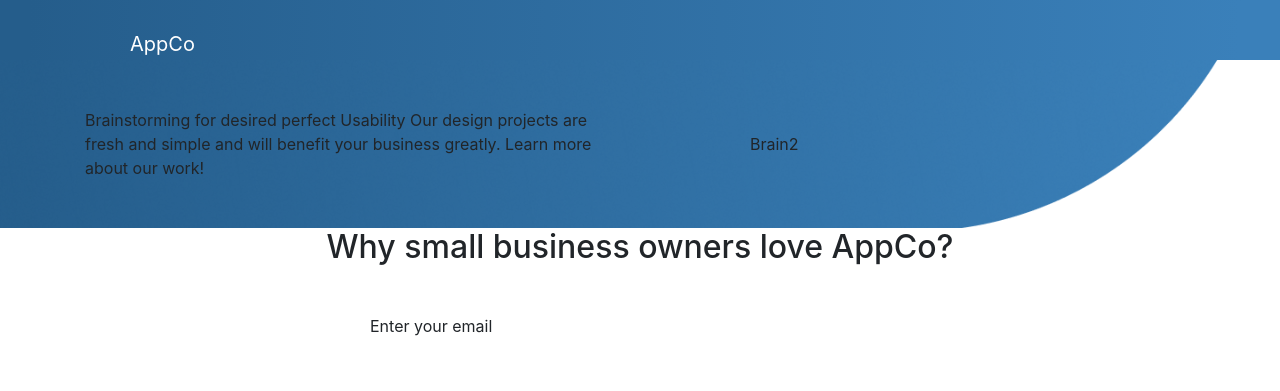
Repository: andbilous/user-statistics-app
Page: /
These files come from the project's save history. The page is drawn as it stood at one moment and after a run of saves; the edit follows.
The browser window is 1280 px wide. The pictures show the whole page.
The project was rebuilt for these pictures with package versions that can differ from the ones it lists, and the page was loaded fresh each time. Also part of the build but not shown: src/components/reasons/reasons.scss, src/components/footer/footer.scss.

Above is the page before, as saved 2020-06-19 14:47:22.

After the next 6 saves:
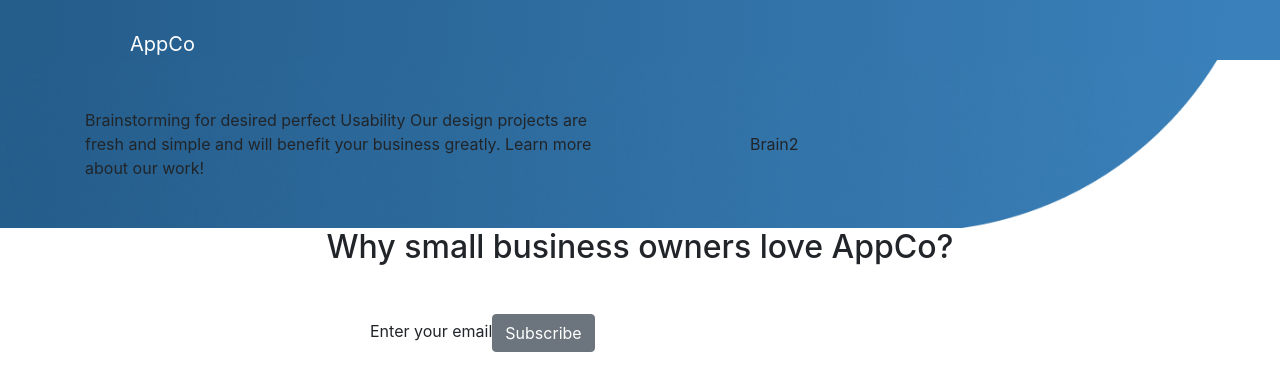
The 6 saves are shown as one change because they came seconds apart.
The last was saved 18 s later.
--- a/src/components/footer/index.js
+++ b/src/components/footer/index.js
@@ -1,5 +1,5 @@
 import React from 'react';
-import { Container, Row, Col } from 'reactstrap';
+import { Container, Row, Col,Button } from 'reactstrap';
 import'./footer.scss';
 
 
@@ -11,6 +11,7 @@ const Footer = () => {
             <Col md='6'>
               <div>
                 Enter your email
+                <Button>Subscribe</Button>
               </div>
             </Col>
           </Row>
